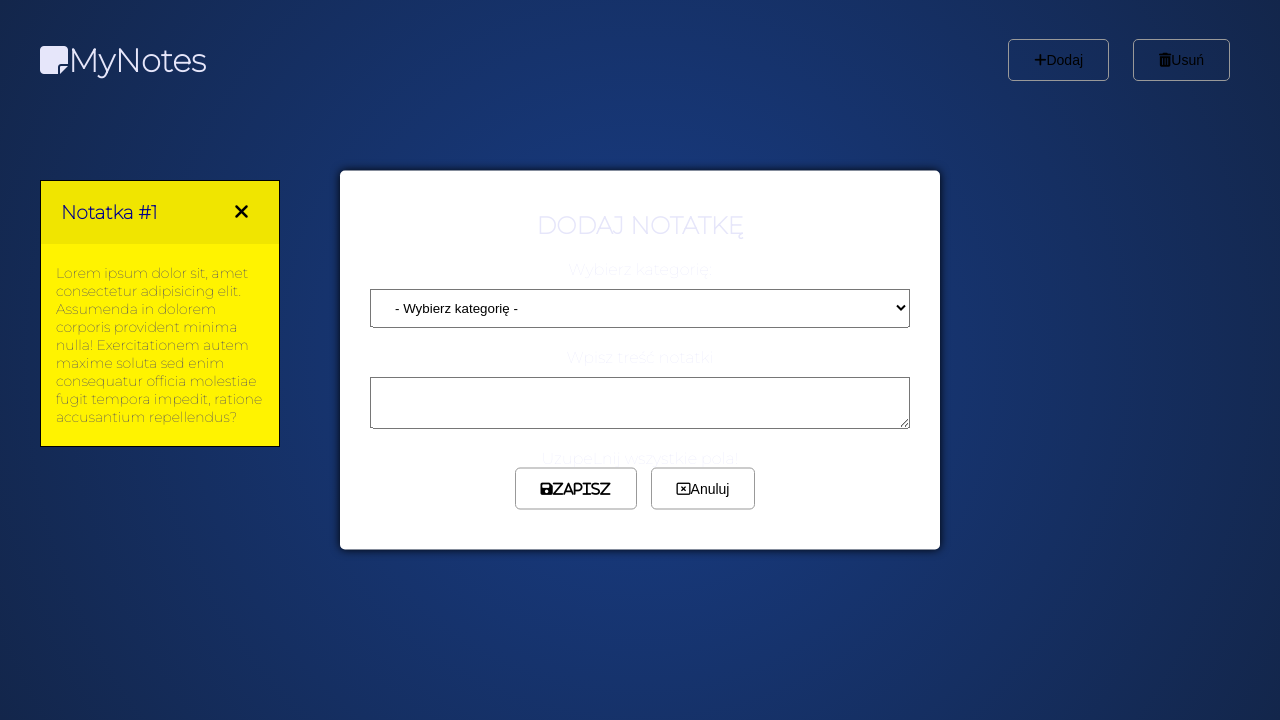
Repository: KrzysKolo/Projekt-7_Notes
Page: js/index.html
The author's editor kept a copy of each file at every save. The page is drawn from the files as they stood at one save, then again after the next save.
The browser window is 1280 px wide. The pictures show the whole page.
Some web libraries are served in a nearby version.

Above is the page before, as saved 2020-07-07 14:00:20.
Console error: SyntaxError: Unexpected token '<'

### js/index.html
<!DOCTYPE html>
<html lang="en">
  <head>
    <meta charset="UTF-8" />
    <meta name="viewport" content="width=device-width, initial-scale=1.0" />
    <title>projekt 6 - My notes</title>
    <script
      src="https://kit.fontawesome.com/21efeaf281.js"
      crossorigin="anonymous"
    ></script>
    <link
      href="https://fonts.googleapis.com/css2?family=Montserrat:wght@100&display=swap"
      rel="stylesheet"
    />
    <link rel="stylesheet" href="./../css/style.css" />
  </head>
  <body>
    <div class="menu">
      <h1><i class="fas fa-sticky-note"></i>MyNotes</h1>
      <div class="menu-buttons">
        <button class="add icon"><i class="fas fa-plus"></i>Dodaj</button>
        <button class="delete-all icon">
          <i class="fas fa-trash-alt"></i>Usuń
        </button>
      </div>
    </div>

    <div class="note-area">
      <div class="note">
        <div class="note-header">
          <h3 class="note-title">Notatka #1</h3>
          <button class="delete-note"><i class="fas fa-times icon"></i></button>
        </div>

        <div class="note-body">
          Lorem ipsum dolor sit, amet consectetur adipisicing elit. Assumenda in
          dolorem corporis provident minima nulla! Exercitationem autem maxime
          soluta sed enim consequatur officia molestiae fugit tempora impedit,
          ratione accusantium repellendus?
        </div>
      </div>
    </div>

    <div class="note-panel">
      <h2>Dodaj notatkę</h2>
      <label for="category">Wybierz kategorię: </label>
      <select id="category">
        <option value="0" disabled selected>- Wybierz kategorię -</option>
        <option value="1">Praca</option>
        <option value="2">Dom</option>
        <option value="3">Zakupy</option>
        <option value="4">Inne</option>
      </select>

      <label for="text">Wpisz treść notatki</label>
      <textarea id="text"></textarea>

      <p class="error">UzupeLnij wszystkie pola!</p>
      <div class="panel-buttons">
        <button class="save icon"><i class="fas fa-save">Zapisz</i></button>
        <button class="cancel icon">
          <i class="far fa-window-close"></i>Anuluj
        </button>
      </div>
    </div>
    <script src="./../js/index.html"></script>
  </body>
</html>

### css/style.css
* {
  box-sizing: border-box;
  padding: 0;
  margin: 0;
}
body {
  height: 100vh;
  font-family: "Montserrat", sans-serif;
  background-image: radial-gradient(
    circle,
    rgba(24, 60, 132, 1) 5%,
    rgba(19, 38, 75, 1) 100%
  );
  color: lavender;
}
.menu {
  display: flex;
  justify-content: space-between;
  align-items: center;
  padding: 40px;
  height: 120px;
}
.menu button,
.note-panel .save,
.note-panel .cancel {
  padding: 12px 25px;
  background: none;
  border: 1px solid #999;
  border-radius: 5px;
  font-size: 14px;
  cursor: pointer;
  transition: background-color 0.3s, color 0.3s;
}
.menu button:hover,
.note-panel .save:hover,
.note-panel .cancel:hover {
  background-color: navy;
  color: paleturquoise;
}
.icon {
  margin-right: 10px;
}
.add {
  margin-right: 20px;
}
.note-area {
  display: flex;
  /*align-items: start;*/
  flex-wrap: wrap;
  padding: 20px;
}
.note {
  margin: 40px 20px;
  width: 240px;
  background-color: rgb(255, 243, 0);
  color: darkblue;
  border: 1px solid black;
}
.note-header {
  display: flex;
  justify-content: space-between;
  align-items: center;
  padding: 20px;
  background-color: rgba(0, 0, 0, 0.06);
}
.note-header .delete-note {
  background: none;
  font-size: 20px;
  border: none;
  cursor: pointer;
}
.note-body {
  padding: 20px 15px;
  font-size: 14px;
}
.note-panel {
  display: flex;
  justify-content: center;
  align-items: center;
  flex-direction: column;
  position: absolute;
  top: 50%;
  left: 50%;
  transform: translate(-50%, -50%);
  padding: 40px 0;
  width: 600px;
  background-color: #fff;
  box-shadow: 0 0 10px black;
  border-radius: 5px;
}
.note-panel h2 {
  margin-bottom: 20px;
  text-transform: uppercase;
}
.note-panel label {
  margin-bottom: 10px;
}
.note-panel #text,
.note-panel #category {
  margin-bottom: 20px;
  padding: 10px 20px;
  width: 100%;
  max-width: 90%;
  max-height: 600px;
}

After the next save:
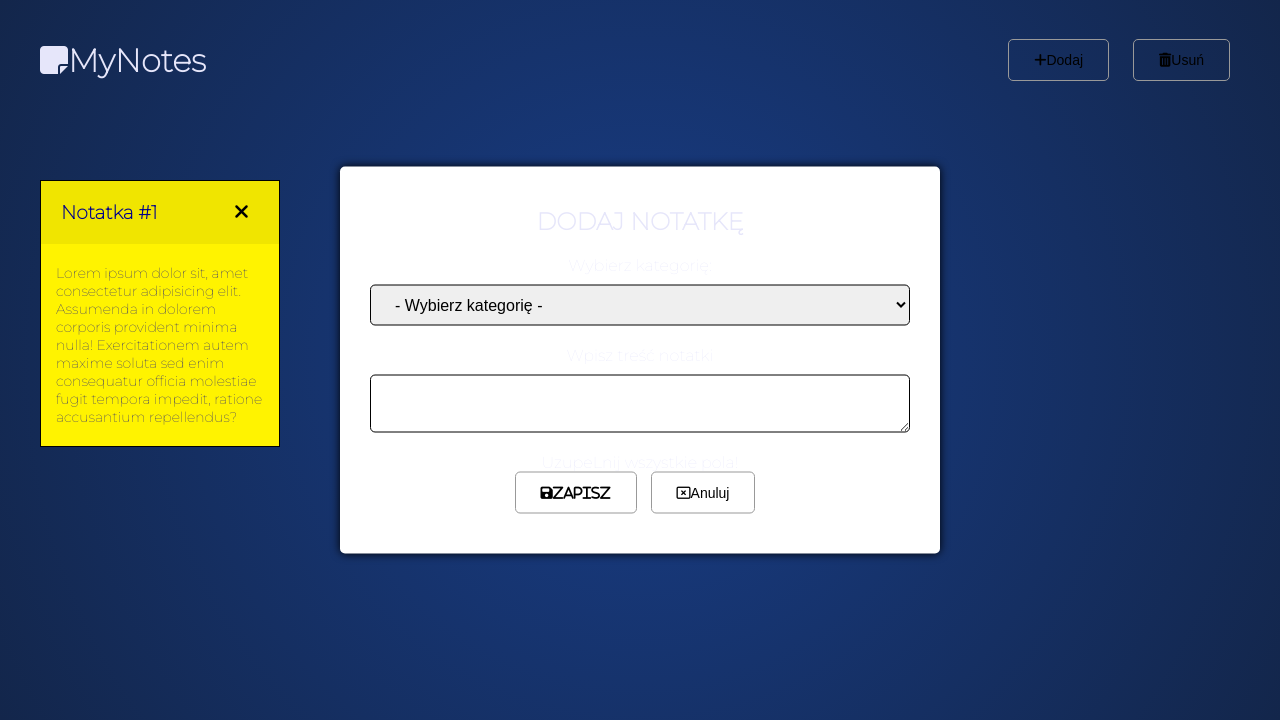
Saved 91 s later.
--- a/css/style.css
+++ b/css/style.css
@@ -102,4 +102,7 @@ body {
   width: 100%;
   max-width: 90%;
   max-height: 600px;
+  font-size: 16px;
+  border-radius: 5px;
+  border: 1px solid black;
 }
